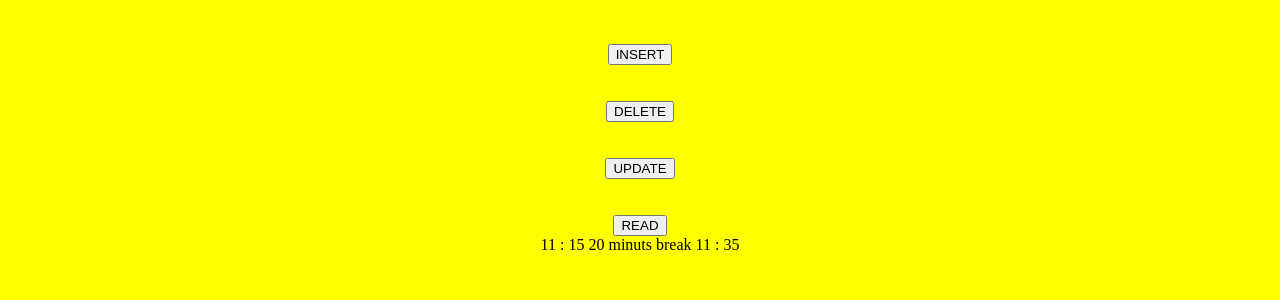
Repository: Thaneshwara848/E-Y
Page: Jdbc-Servlet-Jsp/Webemo5/src/main/webapp/MainEmp.html
The author's editor kept a copy of each file at every save. The page is drawn from the files as they stood at one save, then again after the next save.
The browser window is 1280 px wide. The pictures show the whole page.

Above is the page before, as saved 2023-05-22 05:45:20.

### Jdbc-Servlet-Jsp/Webemo5/src/main/webapp/MainEmp.html
<!DOCTYPE html>
<html>
<head>
<meta charset="UTF-8">
<title>Insert title here</title>
</head>
<body bgcolor="yellow">
<div style="text-align: center;">


	<form action="Register.html">
			<br><br><input type="submit" value="INSERT"><br>

	</for>
	<form action="DeletetRecord.html">
			<br><br><input type="submit" value="DELETE"><br>
	</form>

	<form action="UpdateRecord.html">
			<br><br><input type="submit" value="UPDATE"><br>
	</form>

	<form action="ReadRecord">
			<br><br><input type="submit" value="READ"><br>
	</form>

	11 : 15
		20 minuts break
	11 : 35

</div>

</body>
</html>

After the next save:
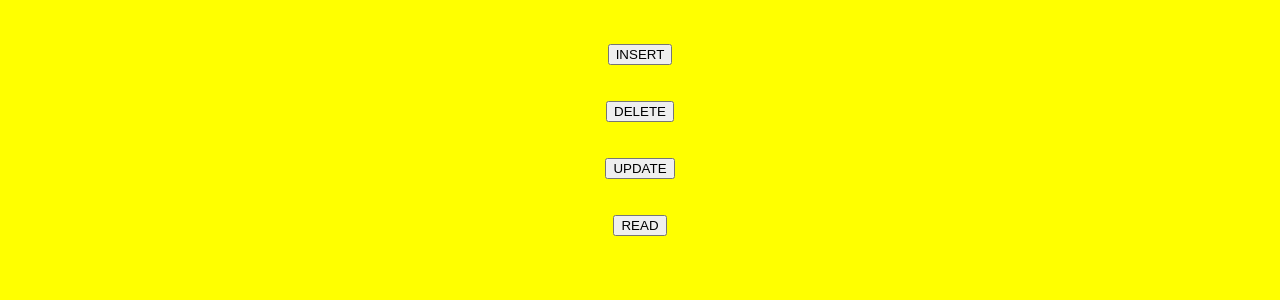
Saved 24 min 34 s later.
--- a/Jdbc-Servlet-Jsp/Webemo5/src/main/webapp/MainEmp.html
+++ b/Jdbc-Servlet-Jsp/Webemo5/src/main/webapp/MainEmp.html
@@ -6,8 +6,6 @@
 </head>
 <body bgcolor="yellow">
 <div style="text-align: center;">
-
-
 	<form action="Register.html">
 			<br><br><input type="submit" value="INSERT"><br>
 
@@ -24,9 +22,6 @@
 			<br><br><input type="submit" value="READ"><br>
 	</form>
 
-	11 : 15
-		20 minuts break
-	11 : 35
 
 </div>
 
